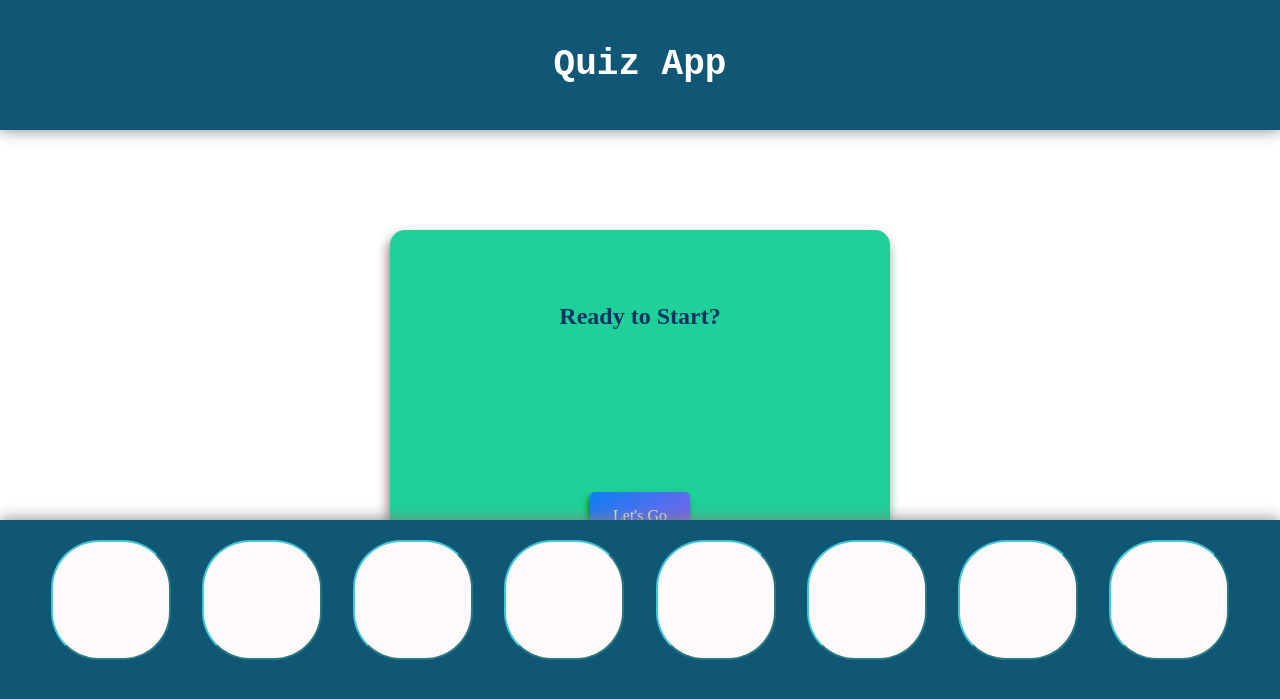
Repository: tpic12/quiz_app
Page: index.html
These files come from the project's save history. The page is drawn as it stood at one moment and after the next save; the edit follows.
The browser window is 1280 px wide. The pictures show the whole page.

Above is the page before, as saved 2019-12-23 15:49:55.

### index.html
<!DOCTYPE html>
<html lang="en">

<head>
  <meta charset="UTF-8">
  <meta name="viewport" content="width=device-width, initial-scale=1.0">
  <meta http-equiv="X-UA-Compatible" content="ie=edge">
  <title>Quiz App</title>
  <link href="https://cdnjs.cloudflare.com/ajax/libs/normalize/8.0.1/normalize.min.css" rel="stylesheet"
    type="text/css" />
  <link href="app.css" rel="stylesheet" type="text/css" />
</head>

<body>
  <header>
    <section class='banner'>
      <h1>Quiz App</h1>
    </section>
  </header>
  <main class='display'>

  </main>
  <footer>
    <section class='counts'>
        <div class='count 0'></div>
        <div class='count 1'></div>
        <div class='count 2'></div>
        <div class='count 3'></div>
        <div class='count 4'></div>
        <div class='count 5'></div>
        <div class='count 6'></div>
        <div class='count 7'></div>
    </section>
  </footer>
  <script src="https://code.jquery.com/jquery-3.4.1.slim.js" crossorigin="anonymous"></script>
  <script src="app.js"></script>
</body>

</html>

### app.css
/* Your styles should be mobile-first and responsive */

/**
  * If you are unclear on how to utilize a mobile-first, responsive technique to write your CSS, here is an example:
  *
  * https://github.com/andreacardybailey/responsive_example/blob/master/styles/responsive-base.css
  *
*/
* {
  box-sizing: border-box;
  margin: 0;
}

.banner h1 {
  font-family: monospace;
  font-size: 36px;
}

.banner,
footer {
  color: white;
  font-family: monospace;
  padding: 20px;
  width: 100%;
  text-align: center;
  background-color: hsl(198, 76%, 26%);
  box-shadow: 0px 0px 15px grey;
  border-bottom: none;
  left: 0;
}

.main_card {
  display: flex;
  flex-flow: column wrap;
  margin: auto;
  margin-top: 100px;
  max-width: 500px;
  min-width: 200px;
  min-height: 400px;
  text-align: center;
  justify-content: space-evenly;
  align-content: space-around;
  background-color: hsl(161, 74%, 47%);
  border-radius: 15px;
  padding: 20px;
  border: none;
  box-shadow: -2px 6px 12px grey;
}

button {
  margin: 30%;
  margin-bottom: 10%;
  color: hsl(0, 7%, 92%);
  background: linear-gradient(140deg, hsl(210, 91%, 50%), hsl(258, 78%, 65%));
  border: none;
  max-width: 130px;
  min-width: 100px;
  border-radius: 5px;
  padding: 15px;
  box-shadow: -2px 4px 6px hsl(142, 98%, 24%);
}

.mid-card {
  display: flex;
  flex-flow: column wrap;
  margin: auto;
  margin-top: 100px;
  max-width: 400px;
  min-width: 200px;
  text-align: center;
  align-content: center;
  background-color: hsl(161, 74%, 47%);
  border-radius: 15px;
  padding: 20px;
  border: none;
  box-shadow: -2px 6px 12px grey;
}

.main_card h2 {
  margin-top: 30px;
  font-weight: bolder;
  color: hsl(210, 90%, 20%);
}

.show {
  display: none !important;
}

input {
  margin: 20px 15px 20px 65px;
}

footer {
  position: fixed;
  bottom: 0;
  left: 0;
  height: 200px;
}

.counts {
  display: flex;
  justify-content: space-evenly;
  height: 80%;
}

.count {
  border: 2px outset hsl(186, 63%, 55%);
  font-family: 'Gill Sans', 'Gill Sans MT', Calibri, 'Trebuchet MS', sans-serif;
  border-radius: 40%;
  flex-direction: row;
  width: 120px;
  height: 120px;
  background-color: hsl(0, 100%, 99%);
  padding: 15px;
}

h1 {
  font-family: sans-serif;
}

.green {
  background-color: green !important;
}

.red {
  background-color: red !important;
}

#snackbar {
  visibility: hidden;
  min-width: 350px;
  margin-left: -125px;

  color: #fff;
  text-align: center;
  align-content: flex-end;
  padding: 20px;
  position: fixed;
  z-index: 1;
  left: 50%;
  bottom: 30px;
}

#snackbar.show {
  visibility: visible;
  /-webkit-animation: fadein 0.5s, fadeout 0.5s 2.5s;
  animation: fadein 0.5s, fadeout 0.5s 2.5s;
}

@-webkit-keyframes fadein {
  from {
    bottom: 0;
    opacity: 0;
  }
  to {
    bottom: 30px;
    opacity: 1;
  }
}

@keyframes fadein {
  from {
    bottom: 0;
    opacity: 0;
  }
  to {
    bottom: 30px;
    opacity: 1;
  }
}

@-webkit-keyframes fadeout {
  from {
    bottom: 30px;
    opacity: 1;
  }
  to {
    bottom: 0;
    opacity: 0;
  }
}

@keyframes fadeout {
  from {
    bottom: 30px;
    opacity: 1;
  }
  to {
    bottom: 0;
    opacity: 0;
  }
}

### app.js
/**
 * Example store structure
 */
'use strict';

const STORE = {
  // 5 or more questions are required
  questions: [
    {
      question: 'How many items in a bakers dozen??',
      answers: ['11', '12', '13', '3'],
      correctAnswer: '13'
    },
    {
      question: 'What month is Oktoberfest held?',
      answers: ['September', 'October', 'Every Month', 'August'],
      correctAnswer: 'September'
    },
    {
      question: 'What color is an Orange Blossom?',
      answers: ['Red', 'Orange', 'Pink', 'White'],
      correctAnswer: 'White'
    },
    {
      question: 'Where did the Panama Hat originate?',
      answers: ['Ecuador', 'Panama', 'China', 'Cuba'],
      correctAnswer: 'Ecuador'
    },
    {
      question: 'What are toy marbles made from?',
      answers: ['Plastic', 'Quartz', 'Diamond', 'Glass'],
      correctAnswer: 'Glass'
    },
    {
      question: 'How many gallons are in a ten-gallon hat?',
      answers: [
        'Half a Gallon',
        'Ten-Gallons',
        'Three-Fourths of a Gallon',
        'Give-Gallon'
      ],
      correctAnswer: 'Three-Fourths of a Gallon'
    },
    {
      question: 'What is the biggest animal to ever live?',
      answers: ['Mammoth', 'T-Rex', 'Blue Whale', 'Brontosaurus'],
      correctAnswer: 'Blue Whale'
    },
    {
      question: 'Where is the red-bellied woodpecker predominately red?',
      answers: ['Head', 'Wings', 'Feet', 'Belly'],
      correctAnswer: 'Head'
    }
  ],
  questionNumber: 0,
  score: 0,
  quizStart: false
};

/**
 *
 * Your app should include a render() function, that regenerates
 * the view each time the store is updated. See your course
 * material, consult your instructor, and reference the slides
 * for more details.
 *
 * NO additional HTML elements should be added to the index.html file.
 *
 * You may add attributes (classes, ids, etc) to the existing HTML elements, or link stylesheets or additional scripts if necessary
 *
 */

/**
 * This function renders the quiz after you start, ...
 * answer a question, or restart the quiz
 */
function renderStartQuiz() {
  const mainCard = `<section class="main_card">
      <h2>Ready to Start?</h2>
      <button type='submit' id='start_quiz'>Let's Go</button>
    </section>`;

  $('.display').html(mainCard);

  $('.display').on('click', '#start_quiz', function(event) {
    event.preventDefault();
    STORE.quizStart = true;
    $('.main_card')
      .children()
      .remove();
    handleQuiz();
  });
}
/**
 * renders question one at a time depending on question number
 */
function renderQuestion() {
  if (
    STORE.questionNumber === STORE.questions.length &&
    STORE.questionNumber > 1
  ) {
    renderResults();
  } else {
    const qCard = `<h2>${STORE.questions[STORE.questionNumber].question}</h2>
    <form id="qForm">
        <input type='radio' name='answer' id='q1' value="${
          STORE.questions[STORE.questionNumber].answers[0]
        }"/><label for='q1' id='0'>${
      STORE.questions[STORE.questionNumber].answers[0]
    }</label>
        <input type='radio' name='answer' id='q2' value="${
          STORE.questions[STORE.questionNumber].answers[1]
        }"/><label for='q2' id='1'>${
      STORE.questions[STORE.questionNumber].answers[1]
    }</label><br>
        <input type='radio' name='answer' id='q3' value="${
          STORE.questions[STORE.questionNumber].answers[2]
        }"/><label for='q3' id='2'>${
      STORE.questions[STORE.questionNumber].answers[2]
    }</label>
        <input type='radio' name='answer' id='q4' value="${
          STORE.questions[STORE.questionNumber].answers[3]
        }"/><label for='q4' id='3'>${
      STORE.questions[STORE.questionNumber].answers[3]
    }</label><br>
    </form>
    <button type='submit' id='submit_answer'>Final Answer</button>`;

    $('.main_card').html(qCard);
    $('input:checked').on('su');
    $('.main_card').on('click', '#submit_answer', function(event) {
      event.preventDefault();
      checkAnswer();
      //original next question spot

      $('.main_card')
        .children()
        .remove();

      handleQuiz();
    });
  }
}
/**
 * renders results page

 */

function generateResults(finalScore, numberOfQuestions) {
  return `<h2>You scored ${finalScore} out of ${numberOfQuestions}!</h2><button id='restart'>Restart Quiz</button>`;
}

/* Render results element with button that restarts the quiz*/
function renderResults() {
  let score = STORE.score;
  let num = STORE.questionNumber;

  $('.main_card').html(generateResults(score, num));
  $('#restart').click(function(event) {
    event.preventDefault();
    console.log('Restarting Quiz');

    STORE.questionNumber = 0;
    STORE.score = 0;
    $('.count')
      .removeClass('snackbar')
      .removeClass('red')
      .removeClass('green')
      .removeClass('show');
    renderStartQuiz();
  });
}

/**
 * this function checks the correctnes of the answer
 */
function checkAnswer() {
  let form = document.getElementById('qForm');
  let ans = form['answer'];
  for (let i = 0; i < ans.length; i++) {
    //is a button checked
    if (ans[i].checked) {
      //compare value of ans[i] to correct answer
      if (
        ans[i].value === STORE.questions[STORE.questionNumber].correctAnswer
      ) {
        scoreKeeper(true);
      } else {
        scoreKeeper(false);
      }
    }
  }
}

function generateAnswerSnackbar(questionAnswer) {
  return `<div class=.${STORE.questionNumber}>
              <p>Sorry, the correct answer is ${questionAnswer}</p>
          </div>`;
}

function scoreKeeper(bool) {
  if (bool === true) {
    console.log('plus 1 point');
    STORE.score++;
    $(`.${STORE.questionNumber}`)
      .addClass('green')
      .addClass('snackbar')
      .html(`<p>Correct!</p>`);
    $('section.main_card');
    console.log('next q!');
    STORE.questionNumber++;
  }
  if (bool === false) {
    console.log('no points for you');
    $(`.${STORE.questionNumber}`)
      .addClass('red')
      .addClass('snackbar')
      .html(
        generateAnswerSnackbar(
          STORE.questions[STORE.questionNumber].correctAnswer
        )
      );
    console.log('next q!');
    STORE.questionNumber++;
  }
}

function handleQuiz() {
  if (STORE.quizStart === false) {
    renderStartQuiz();
  } else {
    renderQuestion();
  }
}

$(handleQuiz);

After the next save:
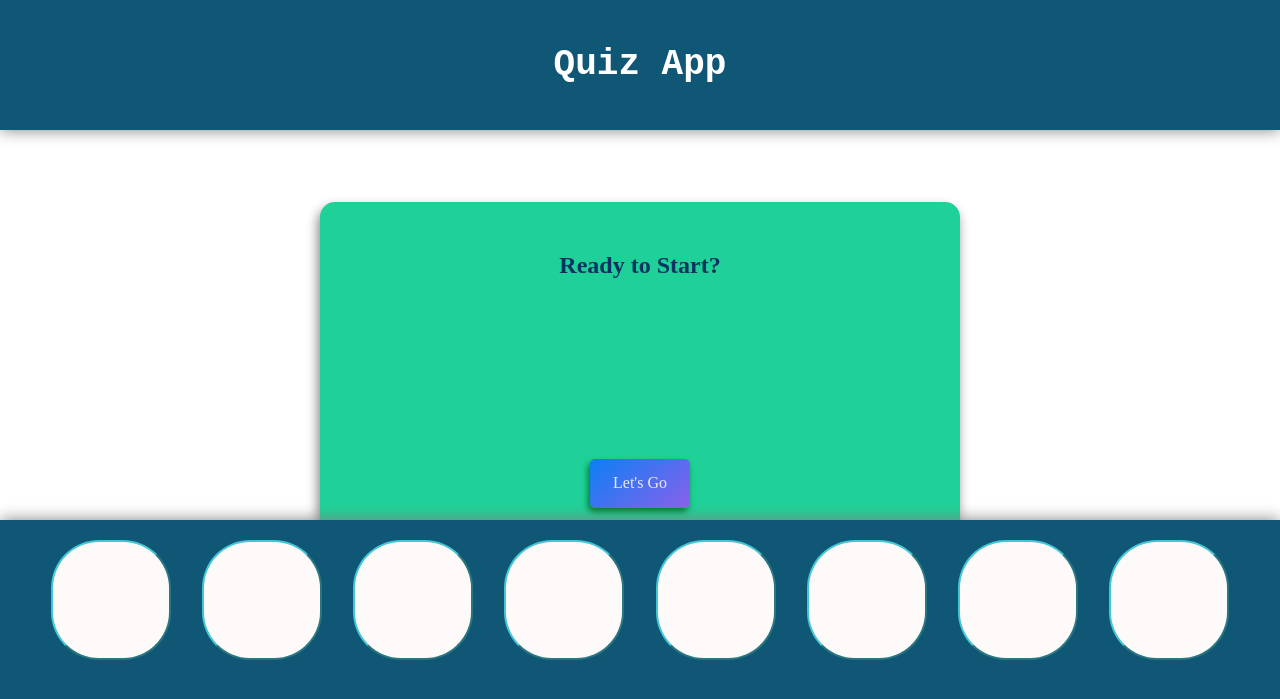
Saved 4 days later.
--- a/app.css
+++ b/app.css
@@ -33,10 +33,10 @@ footer {
   display: flex;
   flex-flow: column wrap;
   margin: auto;
-  margin-top: 100px;
-  max-width: 500px;
-  min-width: 200px;
-  min-height: 400px;
+  margin-top: 10vh;
+  max-width: 50vw;
+  min-width: 20vw;
+  min-height: 40vh;
   text-align: center;
   justify-content: space-evenly;
   align-content: space-around;
